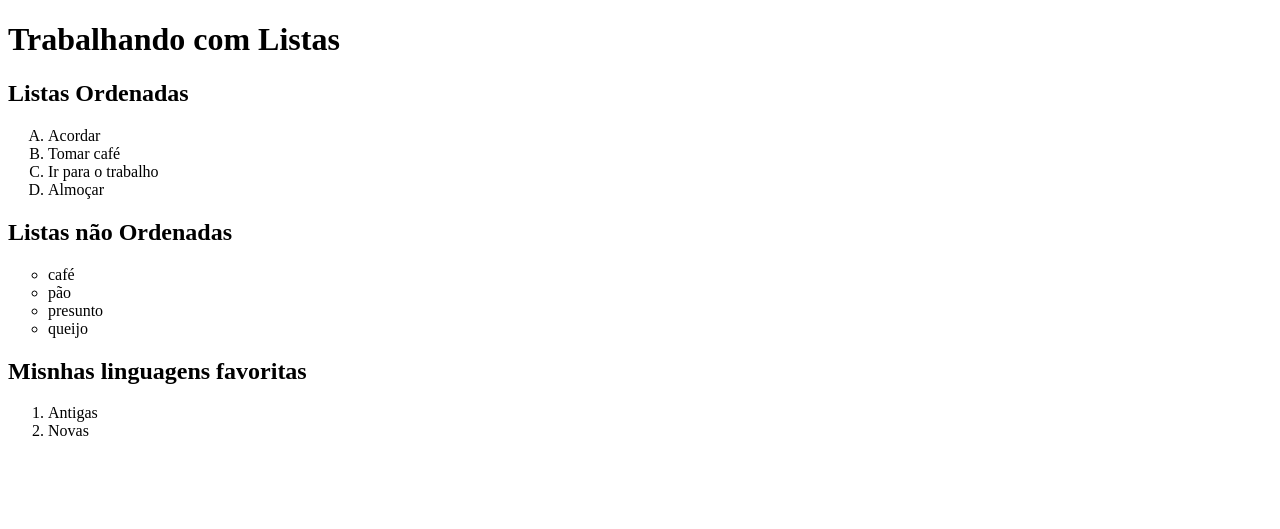
Repository: Iamjordana/html-css
Page: Html Css/Exercicios/ex009/index.html
The author's editor kept a copy of each file at every save. The page is drawn from the files as they stood at one save, then again after a run of saves.
The browser window is 1280 px wide. The pictures show the whole page.

Above is the page before, as saved 2025-01-08 18:13:38.

### Html Css/Exercicios/ex009/index.html
<!DOCTYPE html>
<html lang="pt-br">
<head>
    <meta charset="UTF-8">
    <meta name="viewport" content="width=device-width, initial-scale=1.0">
    <title>Listas</title>
</head>
<body>
    <h1>Trabalhando com Listas</h1> <!--Lista Simples-->
    <h2>Listas Ordenadas</h2>
    <ol type="A"> <!--1 A a I i-->
        <li>Acordar</li>
        <li>Tomar café</li>
        <li>Ir para o trabalho</li>
        <li>Almoçar</li>
    </ol>

    <h2>Listas não Ordenadas</h2>
    <ul type = "Circle"> <!--Circle square disc-->
        <li>café</li>
        <li>pão</li>
        <li>presunto</li>
        <li>queijo</li>
    </ul>

<h2>Misnhas linguagens favoritas</h2>
<ol>
    <li>Antigas</li>
    <ol>

    </ol>
    <li>Novas</li>
</ol>


</body>
</html>

After the next 2 saves:
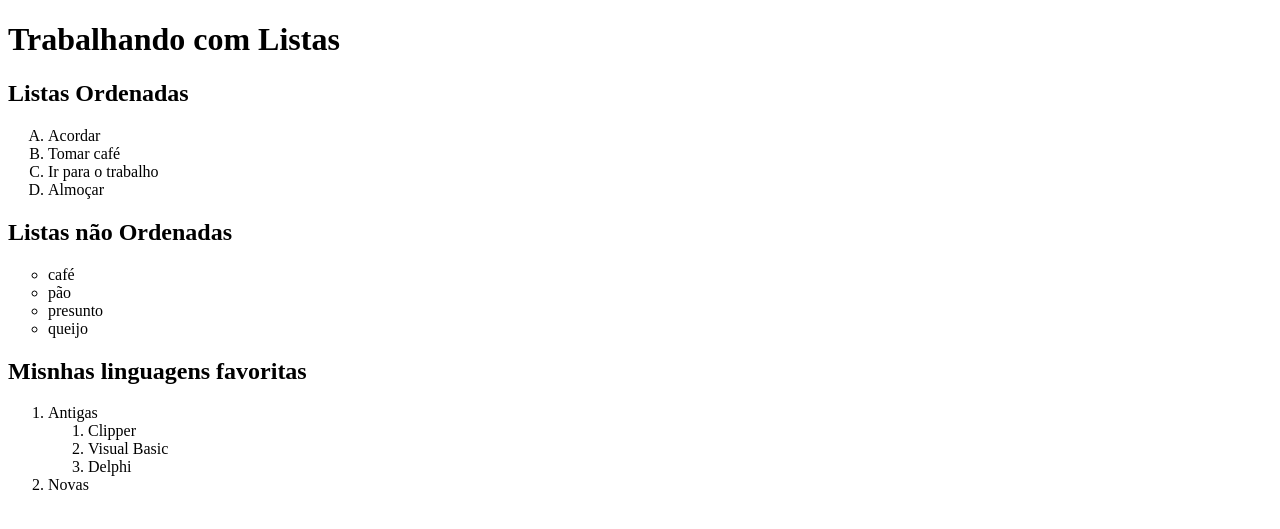
The 2 saves are shown as one change because they came seconds apart.
The last was saved 21 s later.
--- a/Html Css/Exercicios/ex009/index.html
+++ b/Html Css/Exercicios/ex009/index.html
@@ -27,7 +27,9 @@
 <ol>
     <li>Antigas</li>
     <ol>
-
+        <li>Clipper</li>
+        <li>Visual Basic</li>
+        <li>Delphi</li>
     </ol>
     <li>Novas</li>
 </ol>
